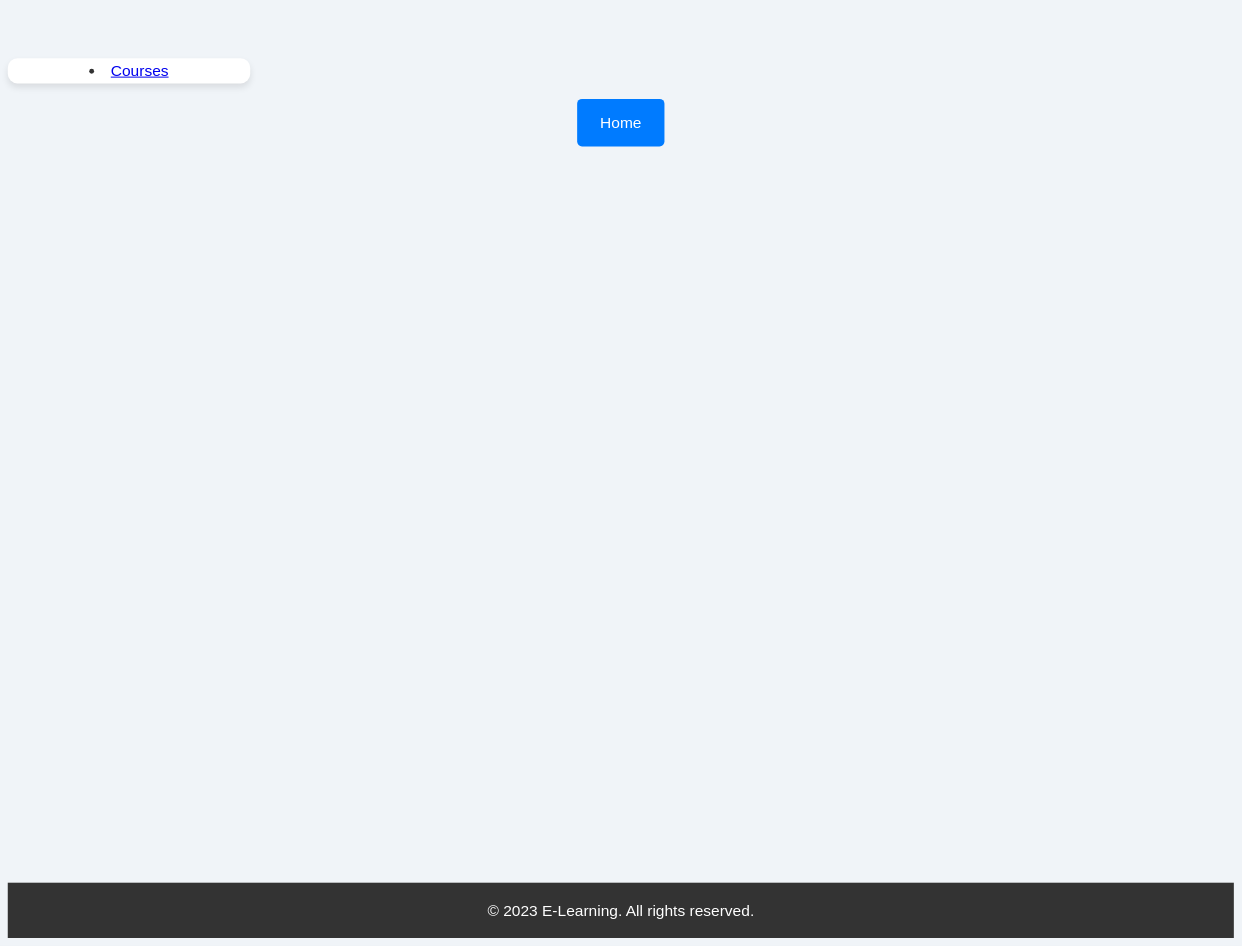
Repository: Syed1818/project
Page: courses.html
These files come from the project's save history. The page is drawn as it stood at one moment and after the next save; the edit follows.
The browser window is 1280 px wide. The pictures show the whole page, at 97% of full size.

Above is the page before, as saved 2024-12-02 21:15:27.

### courses.html
<!DOCTYPE html>
<html lang="en">
<head>
    <meta charset="UTF-8">
    <meta name="viewport" content="width=device-width, initial-scale=1.0">
    <title>Courses | E-Learning</title>
    <style>
        body {
            font-family: Arial, sans-serif;
            background-color: #f0f4f8;
            color: #333;
            line-height: 1.6;
            margin-top: 60px;
            align-items: center;
            justify-content: center;
            text-align: center;
        }

        .search-container {
            max-width: 600px;
            margin: 2rem auto;
            text-align: center;
        }

        input[type="text"] {
            width: 80%;
            padding: 1rem;
            font-size: 1rem;
            border: 1px solid #ddd;
            border-radius: 5px;
        }

        .course-list {
            display: flex;
            flex-wrap: wrap;
            gap: 2rem;
            justify-content: center;
            margin-top: 2rem;
        }

        .course-item {
            background-color: white;
            border-radius: 10px;
            box-shadow: 0 4px 8px rgba(0, 0, 0, 0.1);
            width: 250px;
            overflow: hidden;
            text-align: center;
            transition: transform 0.3s ease, box-shadow 0.3s ease;
        }

        .course-item img {
            width: 100%;
            height: 200px;
            object-fit: cover;
        }

        .course-item h3 {
            padding: 1rem;
            font-size: 1.25rem;
            background-color: #f9f9f9;
            border-bottom: 1px solid #ddd;
            color: #333;
        }

        .course-item p {
            padding: 1rem;
            font-size: 1rem;
            justify-content: center;
            align-items: center;
            text-align: center;
            color: #555;
        }

        .course-item:hover {
            transform: translateY(-10px);
            box-shadow: 0 10px 30px rgba(0, 0, 0, 0.1);
        }

        .home-button {
            display: inline-block;
            padding: 0.75rem 1.5rem;
            font-size: 1rem;
            color: white;
            background-color: #007bff;
            border: none;
            border-radius: 5px;
            text-decoration: none;
            margin-top: 1rem;
            transition: background-color 0.3s ease;
        }

        .home-button:hover {
            background-color: #0056b3;
        }

        footer {
            background-color: #333;
            color: white;
            text-align: center;
            padding: 1rem;
            margin-top: 60%;
            margin-bottom: 0;
        }
    </style>
</head>
<body>
    <div class="course-item">
            <li><a href="courses.php">Courses</a></li>
    </div>
        <a href="index.html" class="home-button">Home</a>
    <footer>
        &copy; 2023 E-Learning. All rights reserved.
    </footer>
</body>
</html>

After the next save:
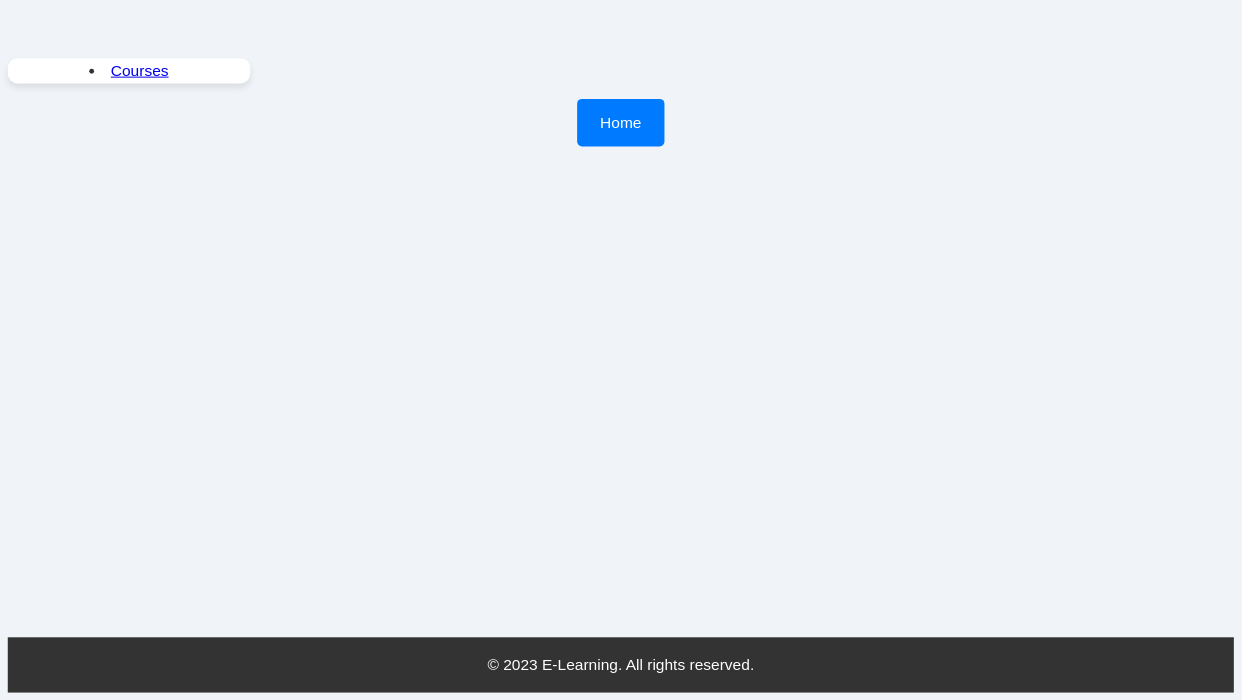
Saved 9 s later.
--- a/courses.html
+++ b/courses.html
@@ -98,7 +98,7 @@
             color: white;
             text-align: center;
             padding: 1rem;
-            margin-top: 60%;
+            margin-top: 40%;
             margin-bottom: 0;
         }
     </style>
